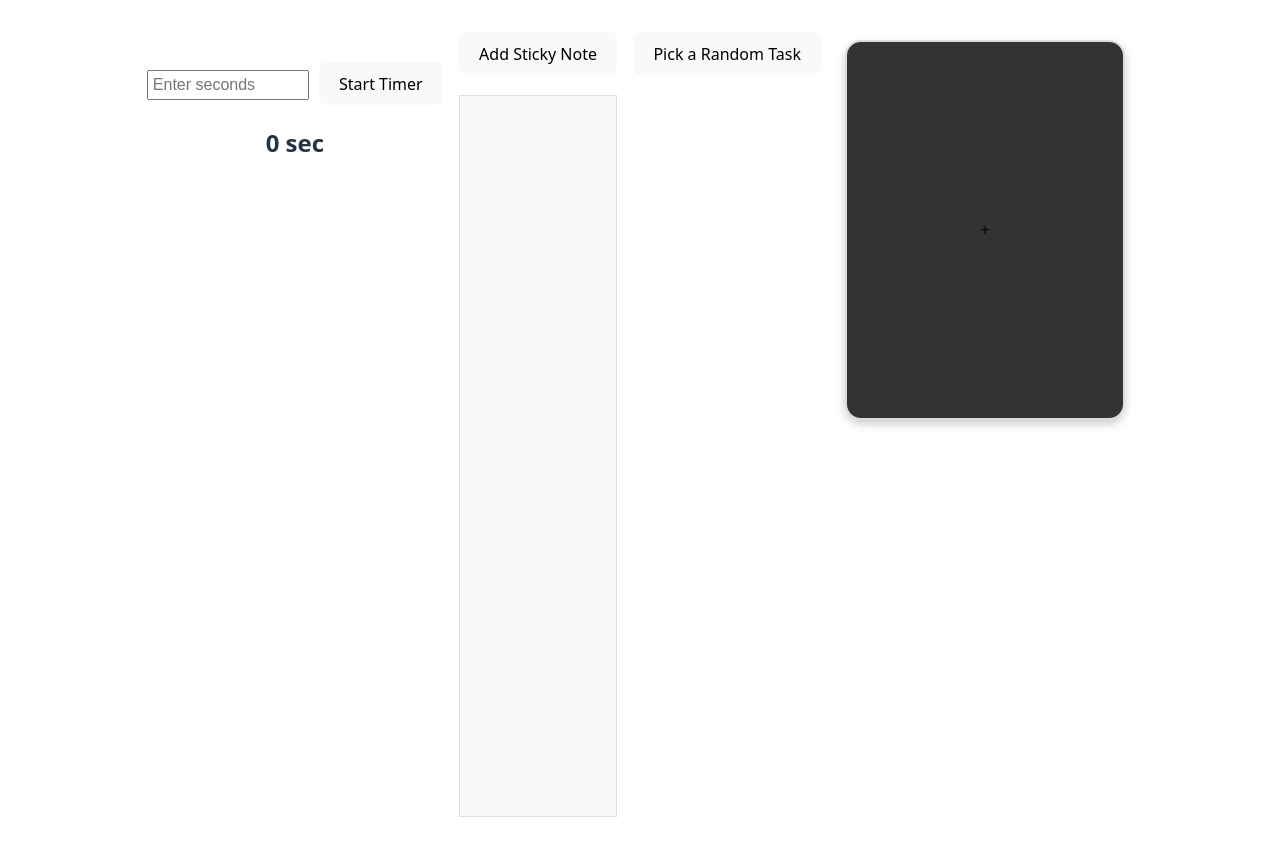
Repository: RamSivaSundaraKarthykeyan/Cards-Task
Page: /
The author's editor kept a copy of each file at every save. The page is drawn from the files as they stood at one save, then again after the next save.
The browser window is 1280 px wide. The pictures show the whole page.
The project was rebuilt for these pictures with package versions that can differ from the ones it lists, and the page was loaded fresh each time. Also part of the build but not shown: vite.config.js, src/CSS/checkBox.css, src/components/CheckBox.jsx, src/CSS/TaskCard.css, src/components/TaskCard.jsx.

Above is the page before, as saved 2025-04-16 18:47:20.

### index.html
<!doctype html>
<html lang="en">
  <head>
    <meta charset="UTF-8" />
    <link rel="icon" type="image/svg+xml" href="/vite.svg" />
    <meta name="viewport" content="width=device-width, initial-scale=1.0" />
    <title>New To-Do</title>
  </head>
  <body>
    <div id="root"></div>
    <script type="module" src="/src/main.jsx"></script>
  </body>
</html>

### src/main.jsx
import { StrictMode } from "react";
import { createRoot } from "react-dom/client";
import "./CSS/index.css";
import App from "./App.jsx";

createRoot(document.getElementById("root")).render(
  <StrictMode>
    <App />
  </StrictMode>
);

### src/App.jsx
import React from "react";
import "./CSS/App.css";
import Deck from "./components/Deck.jsx";
import { TaskCardProvider } from "./context/TaskCardContext.jsx";

function App() {
  return (
    <>
      <TaskCardProvider>
        <Deck />
      </TaskCardProvider>
    </>
  );
}

export default App;

### src/components/Deck.jsx
import React, { useRef, useEffect } from "react";
import TaskCard from "./TaskCard.jsx";
import { useTaskCardContext } from "../context/TaskCardContext.jsx";
import "../CSS/Deck.css";
import Timer from "./Timer.jsx";
import StickyNotes from "./StickyNotes.jsx";

function Deck() {
  const {
    taskCards,
    addTaskCard,
    removeTaskCard,
    pickRandomTaskCard,
    selectedTaskId,
  } = useTaskCardContext();

  const inputRef = useRef({});

  const handleAddTaskCard = () => {
    const newId =
      taskCards.length === 0 ? 1 : taskCards[taskCards.length - 1].id + 1;
    addTaskCard({ id: newId });
    inputRef.current[newId] = React.createRef();
  };

  const handlePickRandomTaskCard = () => {
    const randomTaskCard = pickRandomTaskCard();
    if (randomTaskCard) {
      alert(`random Task Card:\nIDl: ${randomTaskCard.id}`);
    } else {
      alert(`No Task Cards Available!`);
    }
  };

  useEffect(() => {
    if (taskCards.length > 0) {
      const lastTaskCard = taskCards[taskCards.length - 1];
      inputRef.current[lastTaskCard.id]?.current?.focus();
    }
  }, [taskCards]);

  return (
    <div
      style={{ display: "flex", flexWrap: "wrap", gap: "16px" }}
      className="deck"
    >
      <Timer />
      <StickyNotes />
      <button onClick={handlePickRandomTaskCard}> Pick a Random Task </button>
      <button className="task-card-add-button" onClick={handleAddTaskCard}>
        +
      </button>
      {taskCards.map((tc) => (
        <TaskCard
          id={tc.id}
          key={tc.id}
          removeTask={() => removeTaskCard(tc.id)}
          inputRef={inputRef.current[tc.id]}
          isSelected={tc.id === selectedTaskId}
        />
      ))}
    </div>
  );
}

export default Deck;

### src/context/TaskCardContext.jsx
import React, { createContext, useContext, useState } from "react";

const TaskCardContext = createContext();

export function TaskCardProvider({ children }) {
  const [taskCards, setTaskCards] = useState([]);
  const [selectedTaskId, setSelectedTaskId] = useState(null);

  const addTaskCard = (taskCard) => setTaskCards((prev) => [...prev, taskCard]);
  const removeTaskCard = (id) =>
    setTaskCards((prev) => prev.filter((tc) => tc.id !== id));

  const pickRandomTaskCard = () => {
    if (taskCards.length === 0) return null;
    const randomIndex = Math.floor(Math.random() * taskCards.length);
    const randomCard = taskCards[randomIndex];
    setSelectedTaskId(randomCard.id);
    return randomCard;
  };

  return (
    // any component that consumes this context will have access to these value objects
    <TaskCardContext.Provider
      value={{
        taskCards,
        addTaskCard,
        removeTaskCard,
        pickRandomTaskCard,
        selectedTaskId,
      }}
    >
      {children}
    </TaskCardContext.Provider>
  );
}

export function useTaskCardContext() {
  return useContext(TaskCardContext);
}

### src/CSS/Deck.css
.task-card-add-button {
    width: 280px;
    height: 380px;
    margin: 8px;
    display: flex;
    justify-content: center;
    align-items: center;
    border: 2px solid #ddd;
    border-radius: 16px;
    background: #333;
    box-shadow: 0 4px 10px rgba(0, 0, 0, 0.2);
    cursor: pointer;
    box-sizing: border-box;
    /* Ensures uniform size */
}

.task-card-add-button:hover {
    transform: scale(1.05);
    box-shadow: 0 6px 12px rgba(0, 0, 0, 0.2);
}

.deck {
    display: flex;
    flex-wrap: wrap;
    gap: 16px;
    justify-content: center;
    align-items: flex-start;
}

### src/components/Timer.jsx
import React, { useState, useEffect, useRef } from "react";

function Timer() {
  // State to hold the remaining time (in seconds)
  const [time, setTime] = useState(0);
  // State to store the input value from the user
  const [inputValue, setInputValue] = useState("");
  // State to indicate if the timer is running
  const [isRunning, setIsRunning] = useState(false);

  // Ref to store the timer id from setTimeout so it can be cleared if needed
  const timerRef = useRef(null);
  // Ref to store the audio element so we can trigger playback
  const audioRef = useRef(null);

  // useEffect to handle the countdown
  useEffect(() => {
    // If the timer is running and time is not zero, schedule a timeout to decrease time by one second.
    if (isRunning && time > 0) {
      timerRef.current = setTimeout(() => {
        setTime(time - 1);
      }, 1000);
    }
    // When the time reaches zero while the timer is running, play the sound and stop the timer.
    else if (isRunning && time === 0) {
      // Play the sound if the audio element is ready
      if (audioRef.current) {
        audioRef.current.play();
      }
      setIsRunning(false);
    }
    // Cleanup function to clear the timeout if the component re-renders or unmounts.
    return () => clearTimeout(timerRef.current);
  }, [isRunning, time]);

  // Function to start the timer based on the user input
  const startTimer = () => {
    // Convert the input value to an integer (assuming the input is in seconds)
    const seconds = parseInt(inputValue, 10);
    if (!isNaN(seconds) && seconds > 0) {
      setTime(seconds);
      setIsRunning(true);
    }
  };

  return (
    <div style={{ textAlign: "center", marginTop: "30px" }}>
      <input
        type="number"
        value={inputValue}
        onChange={(e) => setInputValue(e.target.value)}
        placeholder="Enter seconds"
        style={{ fontSize: "16px", padding: "4px", width: "150px" }}
      />
      <button
        onClick={startTimer}
        style={{ marginLeft: "10px", fontSize: "16px" }}
      >
        Start Timer
      </button>
      <h2 style={{ marginTop: "20px" }}>{time} sec</h2>
      {/* Audio element plays sound when time is up. Ensure sound.mp3 is available in your public folder or change the src to a valid URL */}
      <audio ref={audioRef}>
        <source src="/alarm.mp3" type="audio/mpeg" />
        Your browser does not support the audio element.
      </audio>
    </div>
  );
}

export default Timer;

### src/components/StickyNotes.jsx
import React, { useState, useEffect } from "react";

function StickyNotes() {
  const [notes, setNotes] = useState([]);
  const [draggingId, setDraggingId] = useState(null);
  const [offset, setOffset] = useState({ x: 0, y: 0 });

  const addNote = () => {
    const newNote = {
      id: Date.now(),
      content: "",
      x: 200,
      y: 200,
    };
    setNotes([...notes, newNote]);
  };

  const handleMouseDown = (e, id) => {
    const note = notes.find((n) => n.id === id);
    if (note) {
      setDraggingId(id);
      setOffset({
        x: e.clinetX - note.x,
        y: e.clientY - note.y,
      });
    }
  };

  useEffect(() => {
    const handleMouseMove = (e) => {
      if (draggingId !== null) {
        setNotes((prevNotes) =>
          prevNotes.map((note) =>
            note.id === draggingId
              ? { ...note, x: e.clientX - offset.x, y: e.clientY - offset.y }
              : note
          )
        );
      }
    };

    const handleMouseUp = () => {
      setDraggingId(null);
    };

    if (draggingId !== null) {
      document.addEventListener("mousemove", handleMouseMove);
      document.addEventListener("mouseup", handleMouseUp);
    }

    return () => {
      document.removeEventListener("mousemove", handleMouseMove);
      document.removeEventListener("mouseup", handleMouseDown);
    };
  }, [draggingId, offset]);

  const updateContent = (id, content) => {
    setNotes((prevNotes) =>
      prevNotes.map((note) => (note.id === id ? { ...note, content } : note))
    );
  };

  return (
    <div>
      <button onClick={addNote} style={{ marginBottom: "20px" }}>
        Add Sticky Note
      </button>
      <div
        style={{
          position: "relative",
          height: "100vh",
          border: "1px solid #ddd",
          background: "#f7f7f7",
        }}
      >
        {notes.map((note) => (
          <div
            key={note.id}
            onMouseDown={(e) => handleMouseDown(e, note.id)}
            style={{
              position: "absolute",
              top: note.y,
              left: note.x,
              width: "200px",
              minHeight: "150px",
              background: "yellow",
              padding: "10px",
              cursor: "move",
              boxShadow: "0 4px 8px rgba(0,0,0,0.2)",
              userSelect: "none",
            }}
          >
            <textarea
              value={note.content}
              onChange={(e) => updateContent(note.id, e.target.value)}
              placeholder="Enter your note"
              style={{
                width: "100%",
                height: "100%",
                background: "transparent",
                border: "none",
                resize: "none",
                outline: "none",
                color: "black",
              }}
            />
          </div>
        ))}
      </div>
    </div>
  );
}

export default StickyNotes;

Loaded but not shown: src/index.css (common file); src/CSS/App.css (common file)

After the next save:
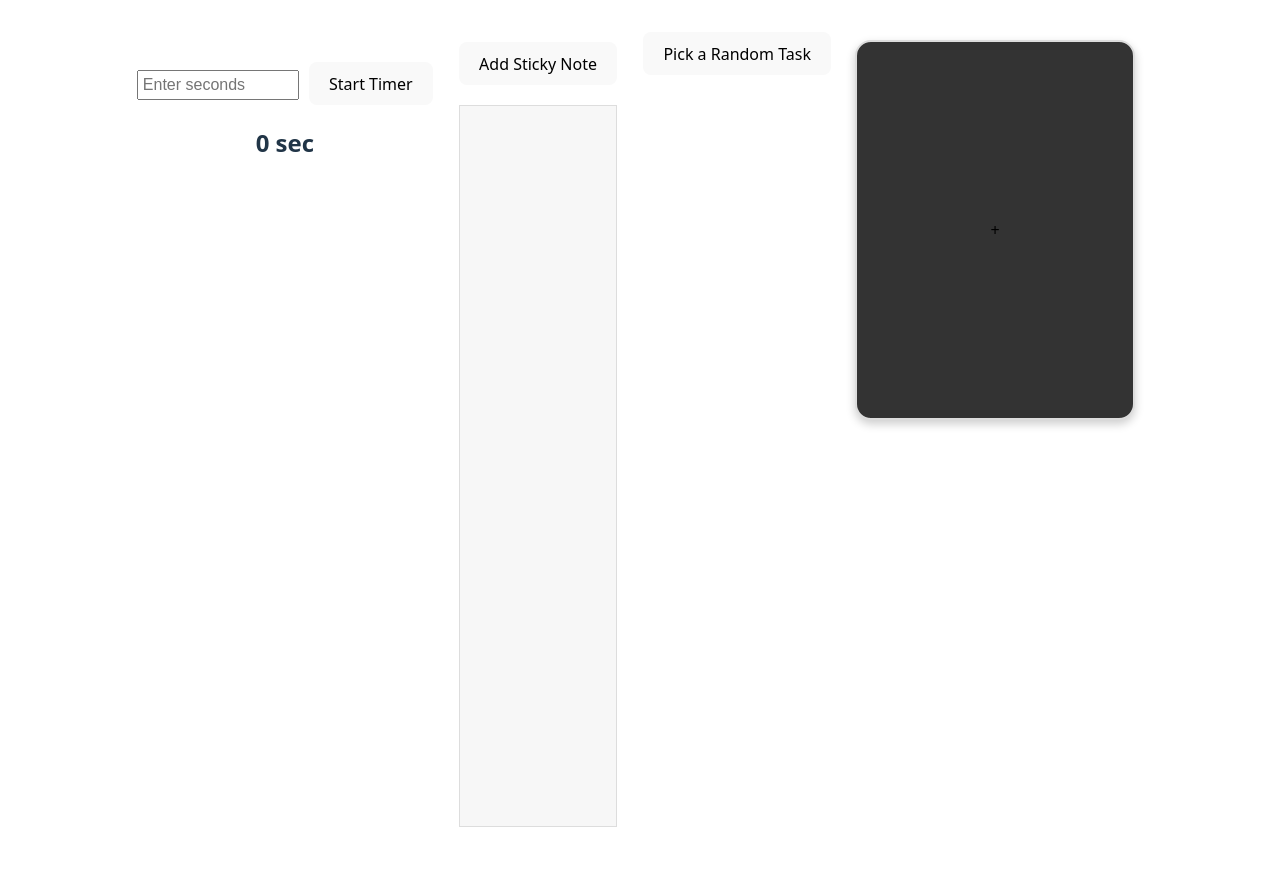
Saved 2 min 7 s later.
--- a/src/components/StickyNotes.jsx
+++ b/src/components/StickyNotes.jsx
@@ -61,7 +61,7 @@ function StickyNotes() {
   };
 
   return (
-    <div>
+    <div style={{ textAlign: "center", padding: "10px" }}>
       <button onClick={addNote} style={{ marginBottom: "20px" }}>
         Add Sticky Note
       </button>
